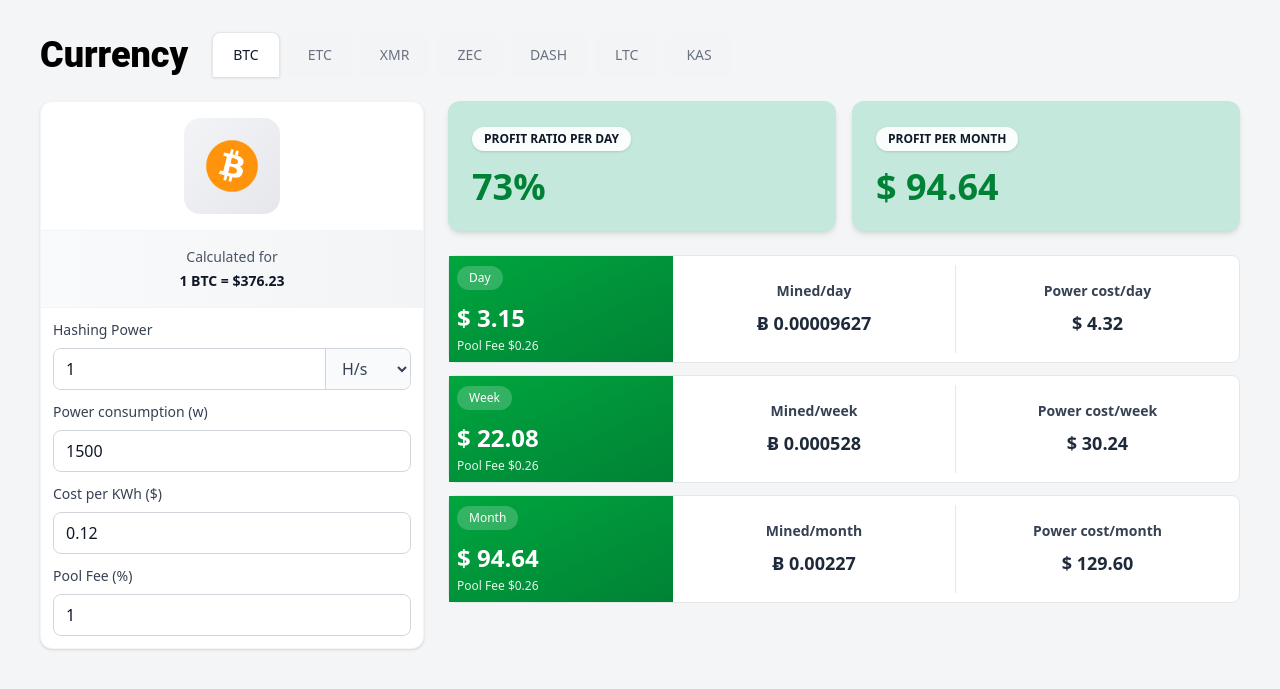
Repository: Bilal-Ahmad-CodeMaster/crypto-proj
Page: /
These files come from the project's save history. The page is drawn as it stood at one moment and after the next save; the edit follows.
The browser window is 1280 px wide. The pictures show the whole page.
The project was rebuilt for these pictures with package versions that can differ from the ones it lists, and the page was loaded fresh each time. The framework's server and built-in components were replaced by stand-ins that run in the browser. Also part of the build but not shown: next.config.ts.

Above is the page before, as saved 2025-11-25 22:39:49.

### src/app/layout.tsx
import './globals.css'
import React from 'react'


export const metadata = {
  title: 'Mining Dashboard',
}


export default function RootLayout({ children }: { children: React.ReactNode }) {
  return (
    <html lang="en">
      <body>
        {children}
      </body>
    </html>
  )
}

### src/app/page.tsx
'use client'
import React, { useState } from 'react'
import Tabs from './components/Tabs'
import HashingForm from './components/HashingForm'
import ResultCards from './components/ResultCards'


const currencies = [
  { id: 'btc', label: 'BTC' },
  { id: 'etc', label: 'ETC' },
  { id: 'xmr', label: 'XMR' },
  { id: 'zec', label: 'ZEC' },
  { id: 'dash', label: 'DASH' },
  { id: 'ltc', label: 'LTC' },
  { id: 'kas', label: 'KAS' }
]


export default function Page() {
  const [active, setActive] = useState('btc')


  return (
    <main className="min-h-screen p-8 bg-[#f3f5f7]">
      <div className="max-w-[1200px] mx-auto">
        <header className="flex items-center gap-6 mb-6">
          <h1 className="text-4xl font-extrabold text-black" style={{ fontFamily: '"Lobster", Roboto, Arial' }}>
            Currency
          </h1>
          <nav className="flex-1">
            <Tabs active={active} setActive={setActive} tabs={currencies} />
          </nav>
        </header>


        <div className="grid grid-cols-1 lg:grid-cols-3 gap-6">
          <div>
            <HashingForm active={active} />
          </div>


          <div className="lg:col-span-2">
            <ResultCards active={active} />
          </div>
        </div>
      </div>
    </main>
  )
}

### src/app/globals.css
@import "tailwindcss";

/* Small helpers to match the design exactly */
body {
  @apply bg-gray-50 font-sans text-gray-900 antialiased;
}

/* Hide focus indicators for all form inputs */
input:focus,
select:focus {
  outline: none !important;
  box-shadow: none;
}
.hashing-form input:focus,
.hashing-form select:focus {
  outline: none;

  box-shadow: none;
}
/* Chrome, Safari, Edge */
input[type="number"]::-webkit-inner-spin-button,
input[type="number"]::-webkit-outer-spin-button {
  -webkit-appearance: none;
  margin: 0;
}

### src/app/components/Tabs.tsx
'use client'
import React from 'react'

export default function Tabs({ active, setActive, tabs }: { active: string; setActive: (s: string) => void; tabs: { id: string; label: string }[] }) {
    return (
        <div className="flex gap-2 items-end">
            {tabs.map(t => (
                <button
                    key={t.id}
                    onClick={() => setActive(t.id)}
                    className={`px-5 py-3 rounded-t-lg text-sm font-medium transition-all ${active === t.id
                            ? 'bg-white text-gray-900 border-t border-l border-r border-gray-200 shadow-sm'
                            : 'text-gray-500 hover:text-gray-700 bg-gray-100 hover:bg-gray-200'
                        }`}
                    style={{ minWidth: 56 }}
                >
                    {t.label}
                </button>
            ))}
        </div>
    )
}

### src/app/components/HashingForm.tsx
'use client'
import Image from 'next/image'
import React from 'react'

export default function HashingForm({ active }: { active: string }) {
    return (
        <div className="bg-white rounded-xl shadow-sm border border-gray-100 overflow-hidden">
            <div className="p-4 border-b border-gray-100 flex items-center justify-center">
                <div className="w-24 h-24 bg-linear-to-br from-gray-100 to-gray-200 rounded-2xl flex items-center justify-center p-4">
                    <Image
                        src={`/${active.toLowerCase()}.png`}
                        alt="logo"
                        width={64}
                        height={64}
                        className="object-contain"
                    />
                </div>
            </div>

            <div className="bg-linear-to-r from-gray-50 to-gray-100 text-center py-4 text-sm text-gray-600 border-b border-gray-100">
                Calculated for
                <div className="font-semibold text-gray-900 mt-1">1 {active.toUpperCase()} = $376.23</div>
            </div>

            <div className="p-3 space-y-3">
                <div>
                    <label className="block text-sm font-medium text-gray-700 mb-2">Hashing Power</label>
                    <div className="flex rounded-lg overflow-hidden border border-gray-300 focus-within:ring-2 focus-within:ring-blue-500 focus-within:border-blue-500 transition-all">
                        <input
                            type="number"
                            defaultValue={1}
                            className="flex-1 px-3 py-2 outline-none bg-white"
                        />
                        <select className="px-3 py-2 bg-gray-50 border-l border-gray-300 text-gray-700">
                            <option>H/s</option>
                            <option>KH/s</option>
                            <option>MH/s</option>
                            <option>GH/s</option>
                            <option>TH/s</option>
                        </select>
                    </div>
                </div>

                <div>
                    <label className="block text-sm font-medium text-gray-700 mb-2">Power consumption (w)</label>
                    <input
                        className="w-full px-3 py-2 border border-gray-300 rounded-lg focus:ring-2 focus:ring-blue-500 focus:border-blue-500 transition-all"
                        defaultValue={1500} type="number"
                    />
                </div>

                <div>
                    <label className="block text-sm font-medium text-gray-700 mb-2">Cost per KWh ($)</label>
                    <input
                        className="w-full px-3 py-2 border border-gray-300 rounded-lg focus:ring-2 focus:ring-blue-500 focus:border-blue-500 transition-all"
                        defaultValue={0.12} type="number"
                    />
                </div>

                <div>
                    <label className="block text-sm font-medium text-gray-700 mb-2">Pool Fee (%)</label>
                    <input
                        className="w-full px-3 py-2 border border-gray-300 rounded-lg focus:ring-2 focus:ring-blue-500 focus:border-blue-500 transition-all"
                        defaultValue={1} type="number"
                    />
                </div>
            </div>
        </div>
    )
}

### src/app/components/ResultCards.tsx
'use client'
import React from 'react'

interface StatRowProps {
    title: string;
    money: string;
    mined: string;
    powerCost: string;
    poolFee: string;
    positive?: boolean;
}

function StatRow({ title, money, mined, powerCost, poolFee, positive = true }: StatRowProps) {
    return (
        <div className="mb-3 rounded-lg border border-gray-200 bg-white hover:shadow-sm transition-all">
            <div className="flex">
                {/* First part with background color */}
                <div className={`w-56 p-2 text-white ${positive ? 'bg-linear-to-br from-green-600 to-green-700' : 'bg-linear-to-br from-red-500 to-red-600'}`}>
                    <div className="text-xs font-medium bg-white/20 inline-block px-3 py-1 rounded-full mb-3">{title}</div>
                    <div className="text-2xl font-bold mb-1">{money}</div>
                    <div className="text-xs opacity-90">Pool Fee $0.26</div>
                </div>

                {/* Second and third parts without background color */}
                <div className="flex-1 grid grid-cols-2 items-center">
                    {/* Mined Column */}
                    <div className="text-center border-r border-gray-200 py-4">
                        <div className="text-sm font-semibold text-gray-700 mb-2">Mined/{title.toLowerCase()}</div>
                        <div className="text-lg font-bold text-gray-800">{mined}</div>
                    </div>

                    {/* Power Cost Column */}
                    <div className="text-center py-4">
                        <div className="text-sm font-semibold text-gray-700 mb-2">Power cost/{title.toLowerCase()}</div>
                        <div className="text-lg font-bold text-gray-800">{powerCost}</div>
                    </div>
                </div>
            </div>
        </div>
    )
}

export default function ResultCards({ active }: { active: string }) {
    const positive = active !== 'etc'

    // Get currency symbol based on active tab
    const getCurrencySymbol = () => {
        switch (active.toLowerCase()) {
            case 'btc': return 'Ƀ'
            case 'etc': return 'Ξ'
            case 'xmr': return 'ɱ'
            case 'zec': return 'ⓩ'
            case 'dash': return 'Đ'
            case 'ltc': return 'Ł'
            case 'kas': return 'Ҝ'
            default: return 'Ƀ'
        }
    }

    const currencySymbol = getCurrencySymbol()

    return (
        <div>
            <div className="grid grid-cols-2 gap-4 mb-6">
                <div className={`rounded-xl p-6 shadow-md ${positive ? 'bg-[#C4E8DB]' : 'bg-[#FFE0E0]'}`}>
                    <div className="text-xs font-semibold bg-white/90 inline-block px-3 py-1 rounded-full shadow">PROFIT RATIO PER DAY</div>
                    <div className={`text-4xl font-bold mt-4 ${positive ? 'text-green-700' : 'text-red-700'}`}>{positive ? '73%' : '-70%'}</div>
                </div>


                <div className={`rounded-xl p-6 shadow-md ${positive ? 'bg-[#C4E8DB]' : 'bg-[#FFE0E0]'}`}>
                    <div className="text-xs font-semibold bg-white/90 inline-block px-3 py-1 rounded-full shadow">PROFIT PER MONTH</div>
                    <div className={`text-4xl font-bold mt-4 ${positive ? 'text-green-700' : 'text-red-700'}`}>{positive ? '$ 94.64' : '$ -90.66'}</div>
                </div>
            </div>


            {/* Time Period Cards */}
            <div>
                <StatRow
                    title="Day"
                    money="$ 3.15"
                    mined={`${currencySymbol} 0.00009627`}
                    powerCost="$ 4.32"
                    poolFee="$ 0.07550"
                    positive={positive}
                />
                <StatRow
                    title="Week"
                    money="$ 22.08"
                    mined={`${currencySymbol} 0.000528`}
                    powerCost="$ 30.24"
                    poolFee="$ 0.528"
                    positive={positive}
                />
                <StatRow
                    title="Month"
                    money="$ 94.64"
                    mined={`${currencySymbol} 0.00227`}
                    powerCost="$ 129.60"
                    poolFee="$ 2.27"
                    positive={positive}
                />
            </div>
        </div>
    )
}

After the next save:
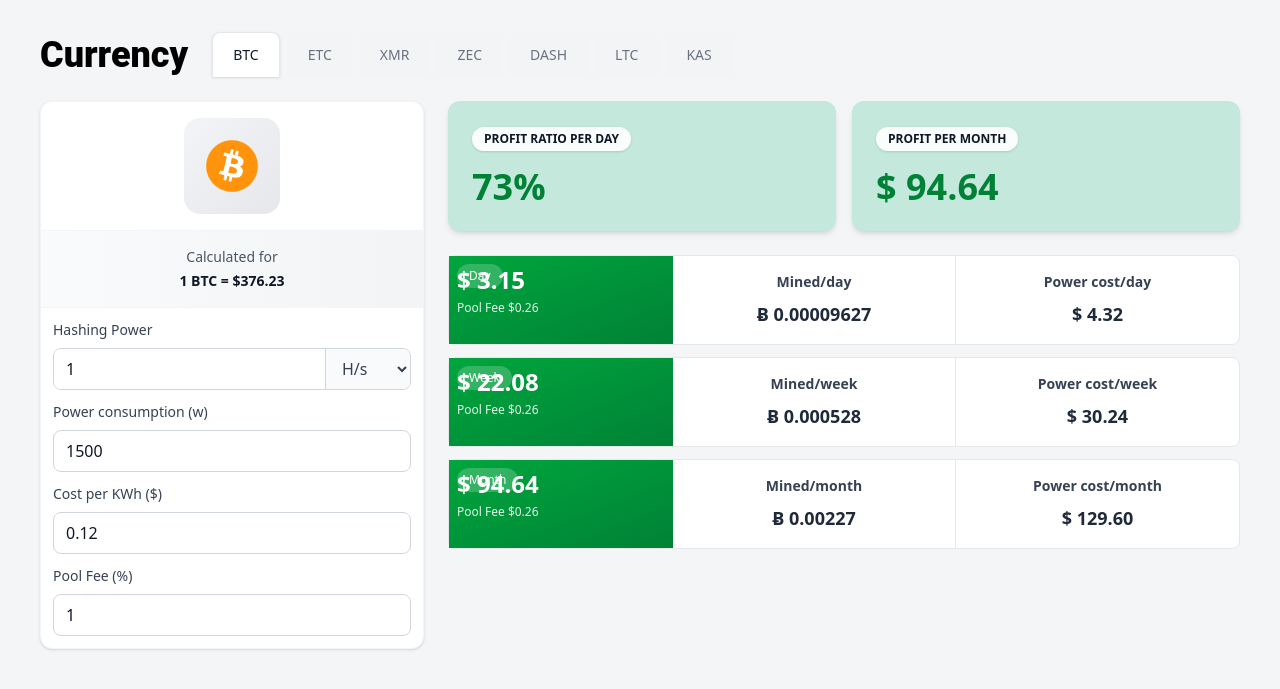
Saved 5 s later.
--- a/src/app/components/ResultCards.tsx
+++ b/src/app/components/ResultCards.tsx
@@ -16,7 +16,7 @@
             <div className="flex">
                 {/* First part with background color */}
                 <div className={`w-56 p-2 text-white ${positive ? 'bg-linear-to-br from-green-600 to-green-700' : 'bg-linear-to-br from-red-500 to-red-600'}`}>
-                    <div className="text-xs font-medium bg-white/20 inline-block px-3 py-1 rounded-full mb-3">{title}</div>
+                    <div className="text-xs font-medium bg-white/20 inline-block px-3 py-1 rounded-full mb-3 absolute ">{title}</div>
                     <div className="text-2xl font-bold mb-1">{money}</div>
                     <div className="text-xs opacity-90">Pool Fee $0.26</div>
                 </div>

After the 4 saves that followed:
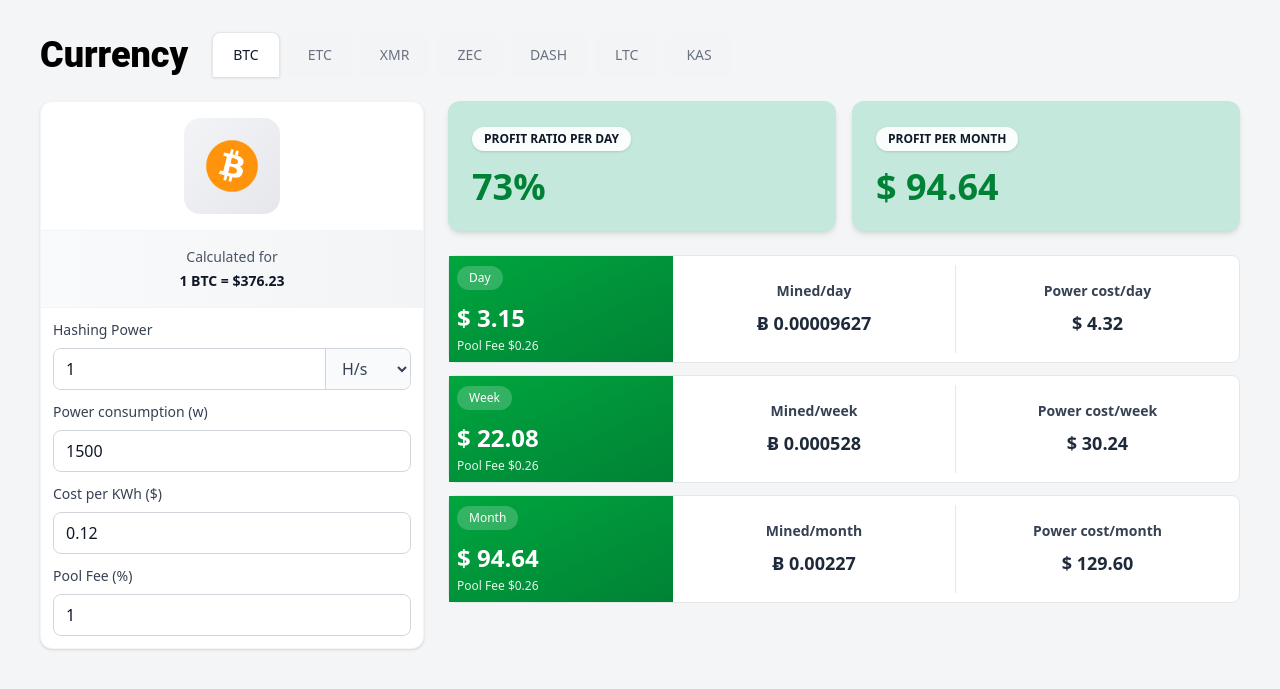
The 4 saves are shown as one change because they came seconds apart.
The last was saved 12 s later.
--- a/src/app/components/ResultCards.tsx
+++ b/src/app/components/ResultCards.tsx
@@ -16,7 +16,7 @@
             <div className="flex">
                 {/* First part with background color */}
                 <div className={`w-56 p-2 text-white ${positive ? 'bg-linear-to-br from-green-600 to-green-700' : 'bg-linear-to-br from-red-500 to-red-600'}`}>
-                    <div className="text-xs font-medium bg-white/20 inline-block px-3 py-1 rounded-full mb-3 absolute ">{title}</div>
+                    <div className="text-xs font-medium bg-white/20 inline-block px-3 py-1 rounded-full mb-3 relative top-[">{title}</div>
                     <div className="text-2xl font-bold mb-1">{money}</div>
                     <div className="text-xs opacity-90">Pool Fee $0.26</div>
                 </div>
